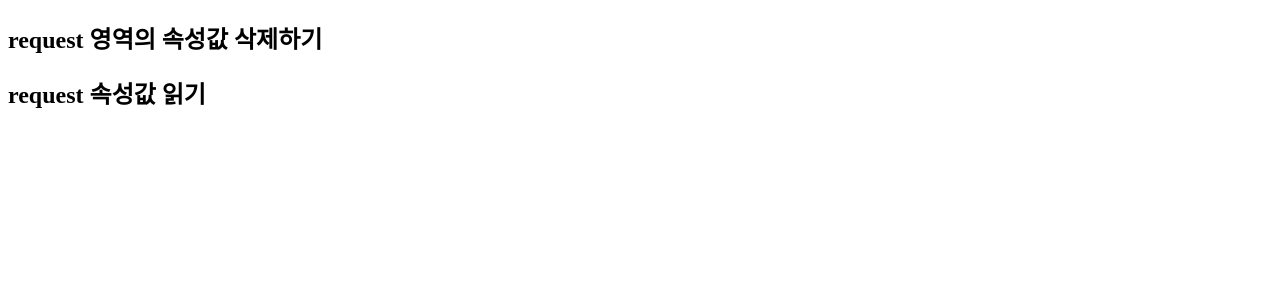
Repository: bhj305/JSP_Servlet
Page: http://localhost/MustHaveJSP/03Scope/RequestMain.jsp
An editor plug-in stored every save of this project. The page is shown before and after a run of saves, followed by the edit.
The browser window is 1280 px wide. The pictures show the whole page.
The page is served by Tomcat 10.

Above is the page before, as saved 2025-05-07 02:57:40.

After the next 2 saves:
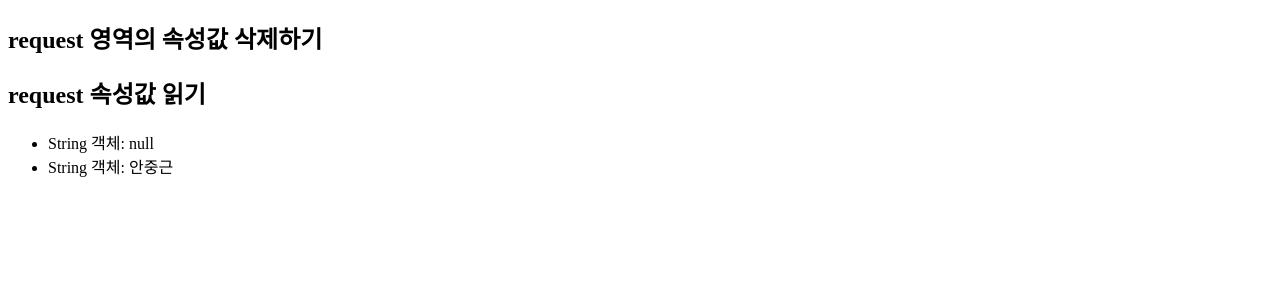
The 2 saves are shown as one change because 1 did not build or start.
The last was saved 61 s later.
--- a/MustHaveJSP/src/main/webapp/03Scope/RequestMain.jsp
+++ b/MustHaveJSP/src/main/webapp/03Scope/RequestMain.jsp
@@ -25,5 +25,10 @@ request.setAttribute("requestPerson", new Person("안중근", 31));
 		<%
 		Person rPerson = (Person)(request.getAttribute("requestPerson"));
 		%>
+
+		<ul>
+			<li>String 객체: <%= request.getAttribute("requestString") %></li>
+			<li>String 객체: <%= rPerson.getName() %></li>
+		</ul>
 	</body>
 </html>
